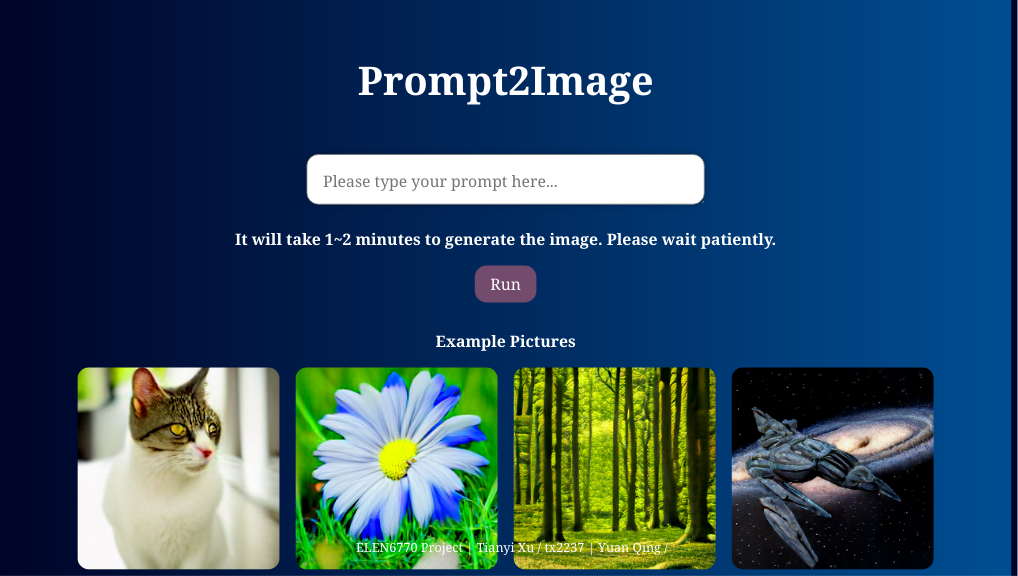
Repository: XTTTZ/Prompt2Image
Page: main4.html
These files come from the project's save history. The page is drawn as it stood at one moment and after the next save; the edit follows.
The browser window is 1280 px wide. The page is 1288 px wide, so the pictures cover 1288 px, including what lies to the right of the window. The pictures show the whole page, at 79% of full size.
The page's requests for data from a server got no answer.

Above is the page before, as saved 2023-12-01 02:08:57.

### main4.html
<!DOCTYPE html>
<html lang="en">

<head>
    <meta charset="UTF-8">
    <meta name="viewport" content="width=device-width, initial-scale=1.0">
    <title>Prompt2Image</title>
    <style>
        .center-label {
            text-align: center;
        }

        body {
            font-family: Georgia, serif;
            background: linear-gradient(to right, #000428, #004e92);
            /* 使图片覆盖整个背景 */
            color: #fff
        }

        header {
            background-color: rgba(0, 0, 0, 0);
            color: #fff;
            text-align: center;
            padding: 1em;
            font-family: Georgia, serif;
            font-size: 25px;
        }

        h1 {
            margin-bottom: 0.5em;
        }

        form {
            display: flex;
            /* 设置为Flex容器 */
            flex-direction: column;
            /* 子元素垂直堆叠 */
            align-items: center;
            /* 垂直居中 */
            justify-content: center;
            /* 水平居中，如果需要 */
            height: 100%;
            /* 根据需要设置高度 */
            font-size: 20px;
        }

        label {
            font-weight: bold;
            text-align: center;
            font-size: 20px;
        }

        textarea {
            padding-left: 1em;
            padding-top: 1em;
            margin: 0.5em 0;
            width: 24em;
            height: 2em;
            text-align: left;
            vertical-align: top;
            font-size: 20px;
            border-radius: 15px;
            box-shadow: 0 0 10px rgba(0, 0, 0, 0.3);
            font-family: Georgia, serif;

        }

        button {
            padding: 0.5em 1em;
            background-color: #734b6d;
            color: #fff;
            border: none;
            cursor: pointer;
            border-radius: 15px;
            font-size: 20px;
            font-family: Georgia, serif;
        }

        button:hover {
            background-color: #555;
        }

        img {
            border-radius: 15px;
        }

        #generatedImages {
            border-radius: 15px;
            text-align: center;
            margin: 1em;
            padding: 1em;
            background-color: #ffffff00;
        }
    </style>
</head>

<body>
    <header>
        <h1>Prompt2Image</h1>
    </header>

    <form id="bodyForm">
        <form id="searchForm">
            <textarea placeholder="Please type your prompt here..." type="text" id="searchInput"
                name="searchInput"></textarea>
            <label>
                <p>It will take 1~2 minutes to generate the image. Please wait patiently.</p>
            </label>
        </form>
        <form id="generateForm" style="gap: 15px;">
            <button type="button" onclick="performSearch()">Run</button>
            <label id="timeValue"></label>
        </form>
        <!-- Display generated images -->
        <label id="examplePic">
            <p>Example Pictures
            </p>
        </label>
        <form id="exampleForm" style="flex-direction: row;gap:20px">
            <img src="/static/cute cat.png" title="cute cat">
            <img src="/static/flower on grass.png" title="flower on grass">
            <img src="/static/forest.png" title="forest">
            <img src="/static/spaceship in galaxy.png" title="spaceship in galaxy">
        </form>
        <div style="display:none" id="generatedImages"></div>


        <form id="downloadForm" style="gap: 10px;">
            <button id="downloadButton" onclick="downloadImages()" style="display:none">Download Images</button>
        </form>
    </form>

    <footer style="position:absolute; bottom:0; text-align: center;width:100%">
        <p>ELEN6770 Project | Tianyi Xu / tx2237 | Yuan Qing / </p>
    </footer>

    <script>
        var server_addr = '34.67.111.69';
        var ip_addr;
        var second = 0;
        var clock;
        fetch('http://' + server_addr + '/ip', {
            method: 'GET',
            headers: {
                'Content-Type': 'application/x-www-form-urlencoded',
            },
        })
            .then(response => { return response.json() })
            .then(data => {
                ip_addr = data.ip_addr;
                console.log('ip_addr');
            }
            );
        function startTimer() {
            clearInterval(clock);
            clock = setInterval(timer, 1000);
            second = 0;
            timeValue.style.display = 'block';
            document.getElementById('timeValue').innerText = 'Run Time: ' + second + 's';
        }

        function timer() {
            second++;
            document.getElementById('timeValue').innerText = 'Run Time: ' + second + 's';
        }

        function stopTimer() {
            clearInterval(clock);
            clock = null;
            console.log('timerstop');
            document.getElementById('timeValue').innerText = 'Run Time: ' + second + 's';
        }

        function performSearch() {
            var searchInput = document.getElementById('searchInput').value;
            if (searchInput == '') {
                document.getElementById('timeValue').innerText = 'Please type your prompt!';
            }
            else {

                document.getElementById('exampleForm').style.display = 'none';
                document.getElementById('generatedImages').style.display = 'none';
                document.getElementById('downloadButton').style.display = 'none';
                fetch('http://' + server_addr + ':5000/search', {
                    method: 'POST',
                    headers: {
                        'Content-Type': 'application/x-www-form-urlencoded',
                    },
                    body: 'text=' + encodeURIComponent(searchInput)
                })
                    .then(response => {
                        return response.json();
                    })
                    .then(data => { checkStatusPic() });
                startTimer();
            }
        }

        function checkStatusPic() {
            stopTimer();
            var generatedImagesContainer = document.getElementById('generatedImages');
            var downloadButton = document.getElementById('downloadButton');

            // Clear previous content
            generatedImagesContainer.innerHTML = '';

            // Append image elements dynamically
            var img = document.createElement('img');
            img.src = 'http://' + server_addr + '/image/' + ip_addr + '/0?time=' + new Date().getTime();
            generatedImagesContainer.appendChild(img);
            // Display the container and download button
            generatedImagesContainer.style.display = 'block';
            downloadButton.style.display = 'block';
        }

        function downloadImages() {
            // Create a link element for each image and trigger download
            var url = 'http://' + server_addr + '/image/' + ip_addr + '/0?time=' + new Date().getTime();
            var downloadLink = document.createElement('a');
            downloadLink.href = url;
            // 指定下载的文件名，您可以根据需要更改它
            downloadLink.download = 'image.png';
            // 将 <a> 元素添加到文档中并点击它
            document.body.appendChild(downloadLink);
            downloadLink.click();
            // 清理并移除 <a> 元素
            document.body.removeChild(downloadLink);
        }
    </script>
</body>

</html>

After the next save:
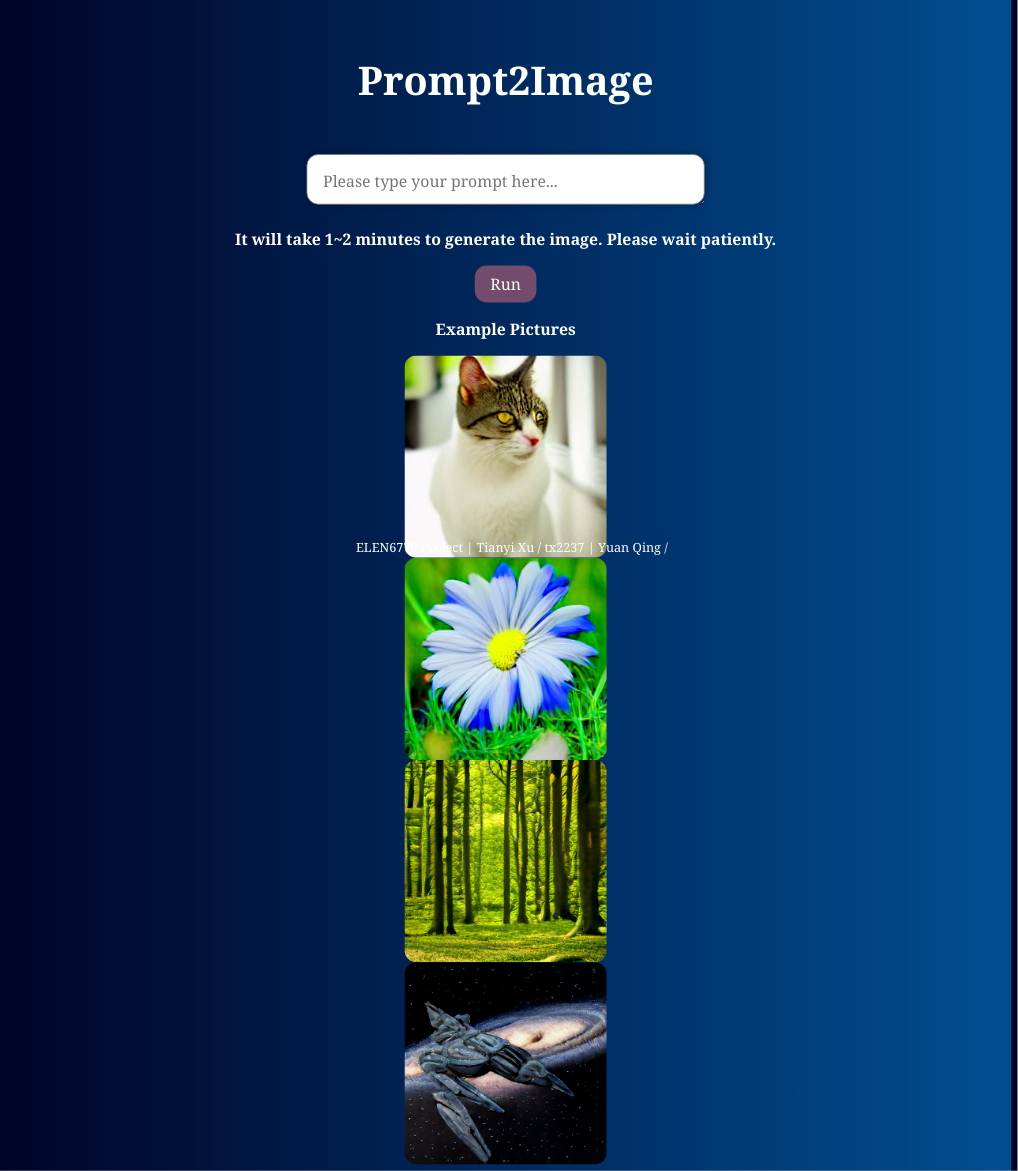
Saved 108 s later.
--- a/main4.html
+++ b/main4.html
@@ -100,17 +100,13 @@
     </header>
 
     <form id="bodyForm">
-        <form id="searchForm">
-            <textarea placeholder="Please type your prompt here..." type="text" id="searchInput"
-                name="searchInput"></textarea>
-            <label>
-                <p>It will take 1~2 minutes to generate the image. Please wait patiently.</p>
-            </label>
-        </form>
-        <form id="generateForm" style="gap: 15px;">
-            <button type="button" onclick="performSearch()">Run</button>
-            <label id="timeValue"></label>
-        </form>
+        <textarea placeholder="Please type your prompt here..." type="text" id="searchInput"
+            name="searchInput"></textarea>
+        <label>
+            <p>It will take 1~2 minutes to generate the image. Please wait patiently.</p>
+        </label>
+        <button type="button" onclick="performSearch()">Run</button>
+        <label id="timeValue"></label>
         <!-- Display generated images -->
         <label id="examplePic">
             <p>Example Pictures
@@ -123,11 +119,7 @@
             <img src="/static/spaceship in galaxy.png" title="spaceship in galaxy">
         </form>
         <div style="display:none" id="generatedImages"></div>
-
-
-        <form id="downloadForm" style="gap: 10px;">
-            <button id="downloadButton" onclick="downloadImages()" style="display:none">Download Images</button>
-        </form>
+        <button id="downloadButton" onclick="downloadImages()" style="display:none">Download Images</button>
     </form>
 
     <footer style="position:absolute; bottom:0; text-align: center;width:100%">
